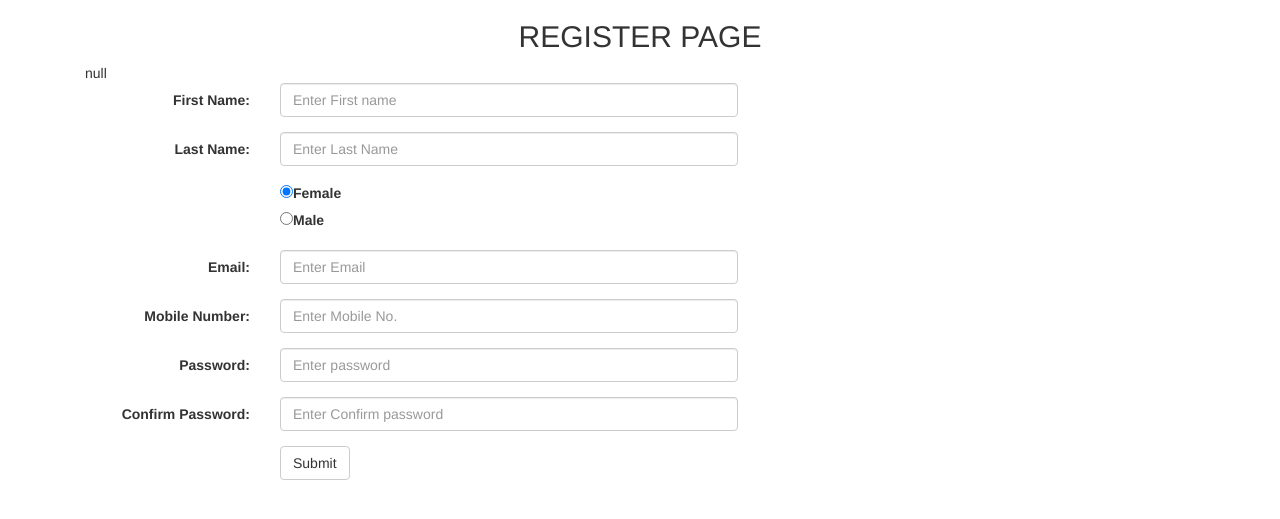
Repository: AvantiKopulwar/Task-Workspace
Page: http://localhost/AdminStudentLogin/register.jsp
These files come from the project's save history. The page is drawn as it stood at one moment and after the next save; the edit follows.
The browser window is 1280 px wide. The pictures show the whole page.
The page is served by Tomcat 9.

Above is the page before, as saved 2018-10-04 12:57:09.

After the next save:
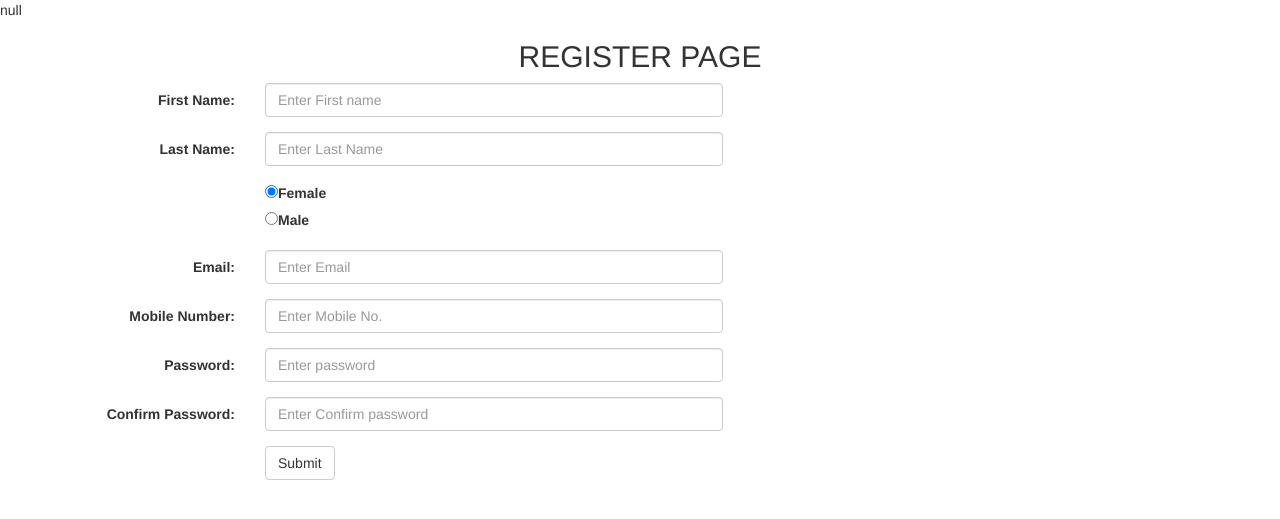
Saved 2 min 54 s later.
--- a/AdminStudentLogin/WebContent/register.jsp
+++ b/AdminStudentLogin/WebContent/register.jsp
@@ -1,4 +1,7 @@
-
+<%
+	String message = (String) request.getAttribute("msg");
+	out.println(message);
+%>
 <%@ page language="java" contentType="text/html; charset=ISO-8859-1"
 	pageEncoding="ISO-8859-1"%>
 <!DOCTYPE html>
@@ -19,72 +22,66 @@
 	<div class="container">
 		<h2 align="center">REGISTER PAGE</h2>
 		<form class="form-horizontal" action="register">
-			<div class="container">
-				<form class="form-horizontal" align="center" fontcolor="red">
-					<%
-						String message = (String) request.getAttribute("msg");
-						out.println(message);
-					%>
-				</form>
-				<div class="form-group">
-					<label class="control-label col-sm-2" for="firstName">First
-						Name:</label>
-					<div class="col-sm-5">
-						<input type="text" class="form-control" id="firstName"
-							placeholder="Enter First name" name="firstName">
-					</div>
+
+			<div class="form-group">
+				<label class="control-label col-sm-2" for="firstName">First
+					Name:</label>
+				<div class="col-sm-5">
+					<input type="text" class="form-control" id="firstName"
+						placeholder="Enter First name" name="firstName">
 				</div>
-				<div class="form-group">
-					<label class="control-label col-sm-2" for="lastName">Last
-						Name:</label>
-					<div class="col-sm-5">
-						<input type="text" class="form-control" id="lastName"
-							placeholder="Enter Last Name" name="lastName">
-					</div>
+			</div>
+			<div class="form-group">
+				<label class="control-label col-sm-2" for="lastName">Last
+					Name:</label>
+				<div class="col-sm-5">
+					<input type="text" class="form-control" id="lastName"
+						placeholder="Enter Last Name" name="lastName">
 				</div>
-				<div class="form-group ">
-					<label class="col-sm-offset-2 col-sm-10"> <input
-						type="radio" name="optradio" checked>Female
-					</label> <label class="col-sm-offset-2 col-sm-10"> <input
-						type="radio" name="optradio">Male
-					</label>
+			</div>
+			<div class="form-group ">
+				<label class="col-sm-offset-2 col-sm-10"> <input
+					type="radio" name="optradio" checked>Female
+				</label> <label class="col-sm-offset-2 col-sm-10"> <input
+					type="radio" name="optradio">Male
+				</label>
+			</div>
+
+			<div class="form-group">
+				<label class="control-label col-sm-2" for="email">Email:</label>
+				<div class="col-sm-5">
+					<input type="text" class="form-control" id="email"
+						placeholder="Enter Email" name="email">
 				</div>
-
-				<div class="form-group">
-					<label class="control-label col-sm-2" for="email">Email:</label>
-					<div class="col-sm-5">
-						<input type="text" class="form-control" id="email"
-							placeholder="Enter Email" name="email">
-					</div>
+			</div>
+			<div class="form-group">
+				<label class="control-label col-sm-2" for="mobNo">Mobile
+					Number:</label>
+				<div class="col-sm-5">
+					<input type="text" class="form-control" id="mobNo"
+						placeholder="Enter Mobile No." name="mobNo">
 				</div>
-				<div class="form-group">
-					<label class="control-label col-sm-2" for="mobNo">Mobile
-						Number:</label>
-					<div class="col-sm-5">
-						<input type="text" class="form-control" id="mobNo"
-							placeholder="Enter Mobile No." name="mobNo">
-					</div>
+			</div>
+			<div class="form-group">
+				<label class="control-label col-sm-2" for="password">Password:</label>
+				<div class="col-sm-5">
+					<input type="password" class="form-control" id="password"
+						placeholder="Enter password" name="password">
 				</div>
-				<div class="form-group">
-					<label class="control-label col-sm-2" for="password">Password:</label>
-					<div class="col-sm-5">
-						<input type="password" class="form-control" id="password"
-							placeholder="Enter password" name="password">
-					</div>
+			</div>
+			<div class="form-group">
+				<label class="control-label col-sm-2" for="conpassword">Confirm
+					Password:</label>
+				<div class="col-sm-5">
+					<input type="password" class="form-control" id="conpassword"
+						placeholder="Enter Confirm password" name="conpassword">
 				</div>
-				<div class="form-group">
-					<label class="control-label col-sm-2" for="conpassword">Confirm
-						Password:</label>
-					<div class="col-sm-5">
-						<input type="password" class="form-control" id="conpassword"
-							placeholder="Enter Confirm password" name="conpassword">
-					</div>
+			</div>
+			<div class="form-group">
+				<div class="col-sm-offset-2 col-sm-10">
+					<button type="submit" class="btn btn-default">Submit</button>
 				</div>
-				<div class="form-group">
-					<div class="col-sm-offset-2 col-sm-10">
-						<button type="submit" class="btn btn-default">Submit</button>
-					</div>
-				</div>
+			</div>
 		</form>
 	</div>
 </body>
